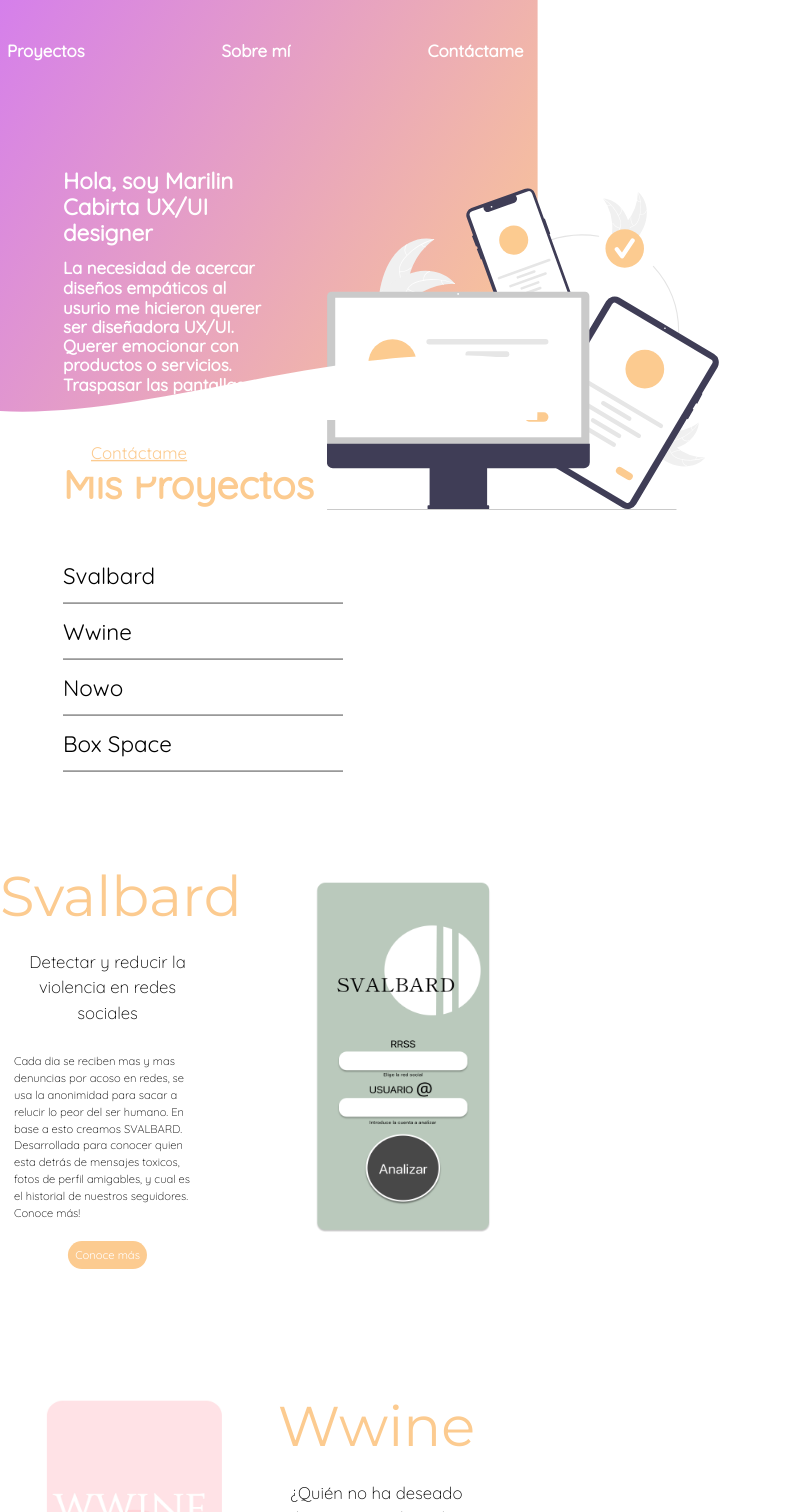
Repository: Marilyncabirta/portfolioHTML
Page: index.html
An editor plug-in stored every save of this project. The page is shown before and after the next save, followed by the edit.
The browser window is 768 px wide. The page is 1147 px wide, so the pictures cover 1147 px, including what lies to the right of the window. The pictures show the part of the page from y = 0 to 2160 px (the page is 4376 px tall), at 70% of full size.
Backgrounds fixed to the window are drawn as part of the page. Some web libraries are served in a nearby version.

Above is the page before, as saved 2022-12-16 12:44:36.

After the next save:
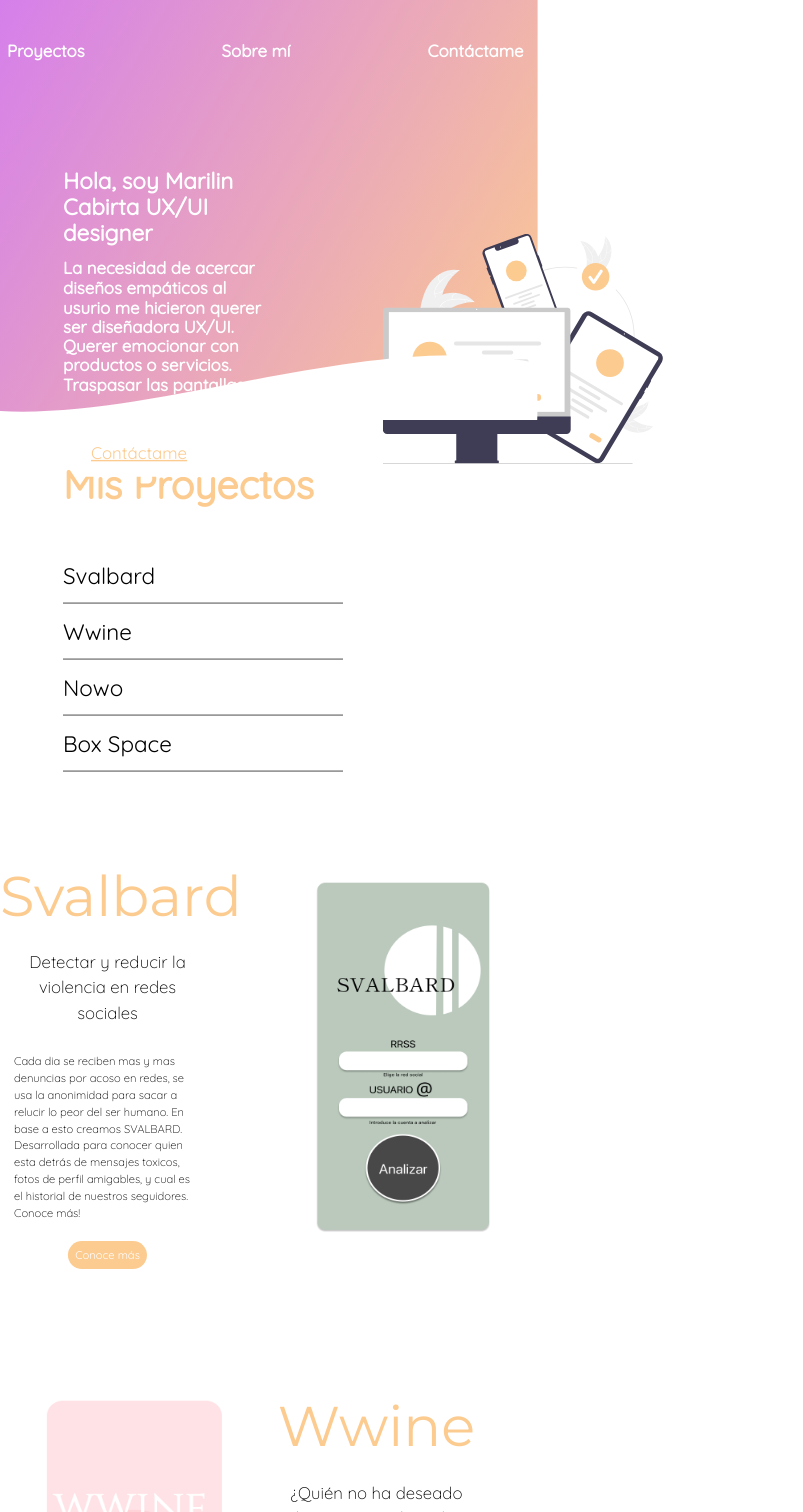
Saved 5 s later.
--- a/css/estilos.css
+++ b/css/estilos.css
@@ -406,7 +406,7 @@ text-decoration: underline;
         }
 
         .hero_image{
-            width: 70%;
+            width: 50%;
         }
 
         .presentacion__container{
